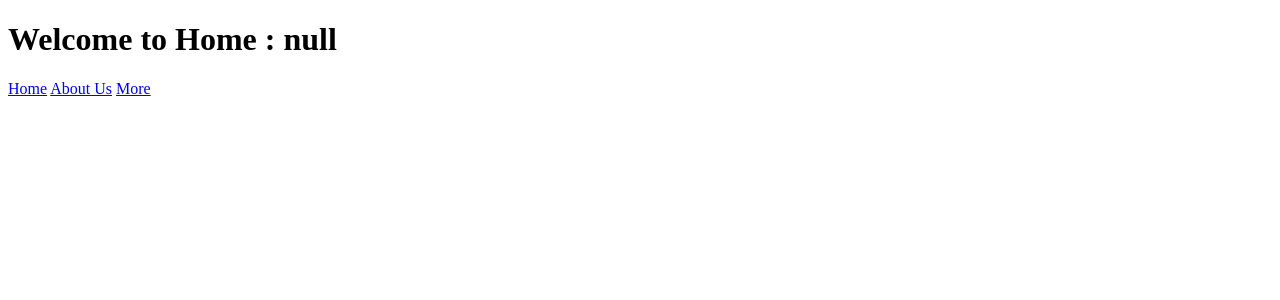
Repository: Senyadt2/Projects-On-Java
Page: http://localhost/HttpSession/home.jsp
An editor plug-in stored every save of this project. The page is shown before and after the next save, followed by the edit.
The browser window is 1280 px wide. The pictures show the whole page.
The page is served by Tomcat 10.

Above is the page before, as saved 2024-03-24 10:07:49.

After the next save:
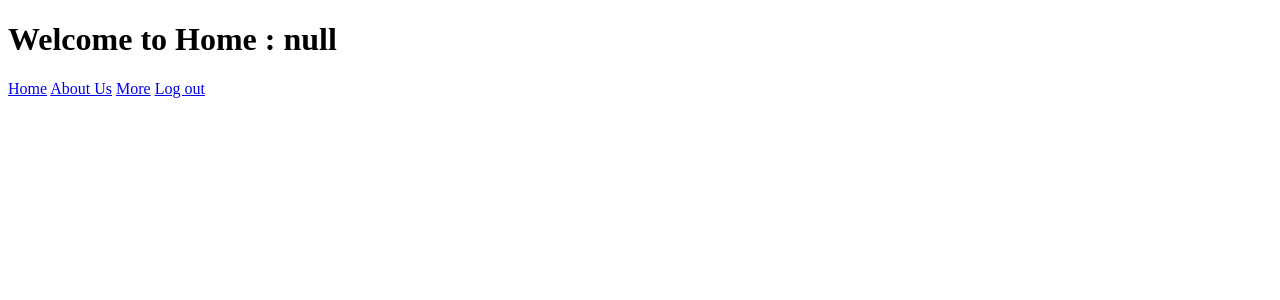
Saved 2 min 50 s later.
--- a/HttpSession/src/main/webapp/home.jsp
+++ b/HttpSession/src/main/webapp/home.jsp
@@ -12,6 +12,7 @@
 	<a href="home.jsp">Home</a>
 	<a href="about.jsp">About Us</a>
 	<a href="profile.jsp">More</a>
+	<a href="Logout">Log out</a>
 
 
 </body>
